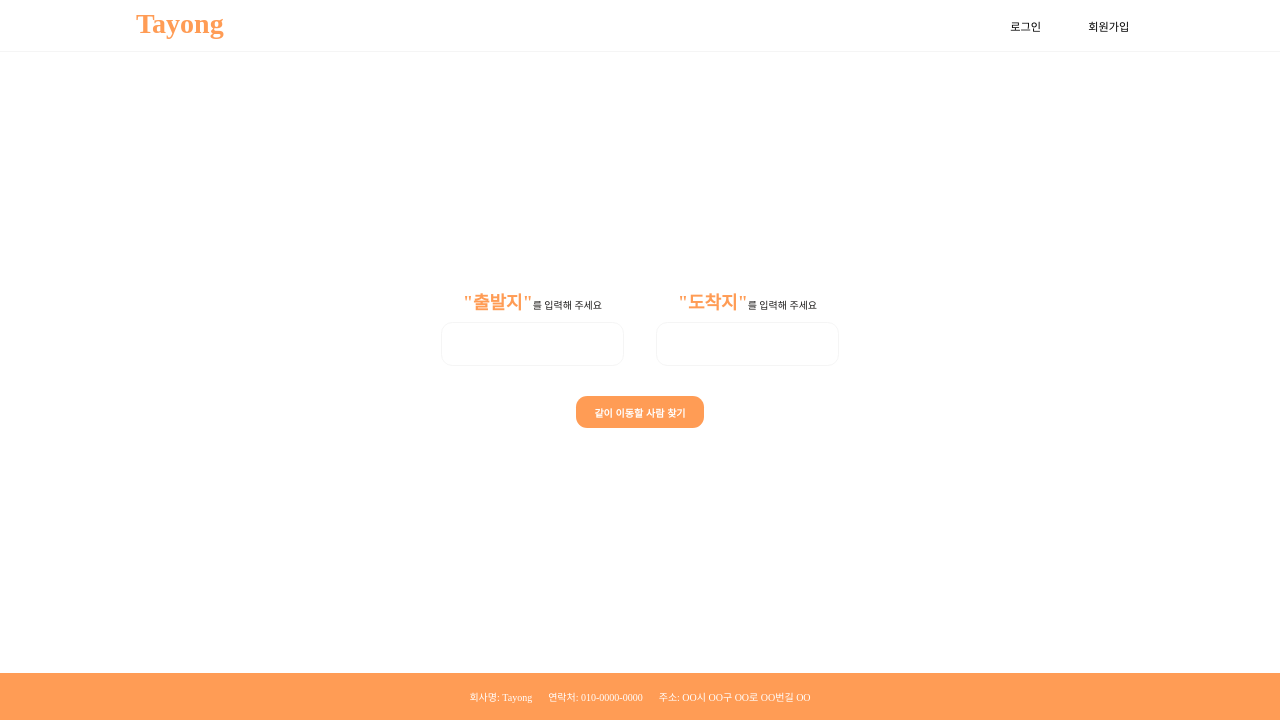
Repository: YEOMJINSEOP/playground
Page: / (app in tayong/)
An editor plug-in stored every save of this project. The page is shown before and after the next save, followed by the edit.
The browser window is 1280 px wide. The pictures show the whole page.
The project was rebuilt for these pictures with package versions that can differ from the ones it lists, and the page was loaded fresh each time.

Above is the page before, as saved 2022-10-28 14:36:06.

### tayong/src/App.js
import styles from './App.module.css';
import Header from './components/header/header';
import Footer from './components/footer/footer';
import LocationSelector from './components/locationSelector/locationSelector';

function App() {
  return (
    <>
    <Header/>
    <LocationSelector/>
    <Footer/>
    </>
  );
}

export default App;

### tayong/src/App.module.css
:root{

  /* color */
  --color-orange: #FF9C55;
  --color-light-grey: #f5f5f5;
  --color-white: #ffffff;
  --color-black: #201F1E;

  /* font size */
  --font-large: 48px;
  --font-medium: 28px;
  --font-regular: 18px;
  --font-small: 16px;
  --font-micro: 10px;

  /* font weight */
  --weight-bold: 700;
  --weight-semi-bold: 600;
  --weight-regular: 400;

 /* border weight */
 --border-weight: 1.5px;

 /* border radius */
 --border-radius: 0.7rem;
}

/* universal setting*/
*{
  margin: 0;
}

button{
  border: none;
  cursor: pointer;
  background-color: transparent;
}

### tayong/src/components/header/header.jsx
import React from 'react';
import styles from './header.module.css';

function Header(props) {
  return (
    <>
      <nav className={styles.navbar}>

        <p className={styles.logo}>Tayong</p>

        <div className={styles.navbarBtn}>
          <button className={styles.btn}>로그인</button>
          <button className={styles.btn}>회원가입</button>
        </div>

      </nav>
    </>
  );
}

export default Header;

### tayong/src/components/footer/footer.jsx
import React from 'react';
import styles from './footer.module.css';

function Footer(props) {
  return (
    <>
     <footer className={styles.footer}>
      <p className={styles.name}>회사명: Tayong</p>
      <p className={styles.phone}>연락처: 010-0000-0000</p>
      <p className={styles.address}>주소: OO시 OO구 OO로 OO번길 OO</p>
     </footer>
    </>
  );
}

export default Footer;

### tayong/src/components/locationSelector/locationSelector.jsx
import React, { useState } from 'react';
import styles from './locationSelector.module.css';

function LocationSelector(props) {
  const [departure, setDeparture] = useState('');
  const [arrival, setArrival] = useState('');
  const handleSubmit = (e) => {
    e.preventDefault();
  }
  return (
    <form onSubmit = {handleSubmit} className={styles.locationSelector}>
      <div className={styles.location}>
        <div className={styles.departure}>
          <div className={styles.info}><span>"출발지"</span>를 입력해 주세요</div>
          <label htmlFor='departure'></label>
            <input
              type="text"
              id='departure'
              name='departure'
              value = {departure}
              onChange = {
                (e) => {
                  setDeparture(e.target.value);
                }
              }
          />
        </div>
        <div className={styles.arrival}>
            <div className={styles.info}><span>"도착지"</span>를 입력해 주세요</div>
            <label htmlFor='arrival'></label>
            <input
            id='arrival'
            name='arrival'
            value={arrival}
            type="text"
            onChange={
              (e) => {
                setArrival(e.target.value);
              }
            } />
        </div>
      </div>
        <button className={styles.submitBtn}>같이 이동할 사람 찾기</button>
    </form>
  );
}

export default LocationSelector;

### tayong/src/components/header/header.module.css
@import '../../App.module.css';

button{
  width: 4rem;
  font-size: 0.7rem;
}

.navbar{
  width: 100%;
  padding: 0.5rem;

  position: fixed;

  background-color: var(--color-white);
  border-bottom: var(--border-weight) solid var(--color-light-grey);

  display: flex;
  justify-content: space-between;
}

.logo{
  font-size: var(--font-medium);
  font-weight: bold;
  color: var(--color-orange);
  padding-left: 8rem;
  margin-bottom: 0.2rem;
  cursor: pointer;
}

.navbarBtn{
  display: flex;
  flex-direction: row;
  align-items: center;
  padding-right: 8rem;
}

.btn{
  margin-right: 1.2rem;
  height: 1.2rem;
  padding: 0;
  cursor: pointer;
}

### tayong/src/components/footer/footer.module.css
@import '../../App.module.css';

.footer{
  width: 100%;
  padding: 1rem;

  position: fixed;
  bottom: 0;

  background-color: var(--color-orange);
  color: var(--color-white);

  display: flex;
  flex-direction: row;
  justify-content: center;
  font-size: var(--font-micro)
}

p{
  padding-left: 1rem;
}

.address{
  margin-right: 3rem;
}

### tayong/src/components/locationSelector/locationSelector.module.css
@import '../../App.module.css';

.locationSelector{
  position: fixed;

  width: 100%;
  margin: auto;
  top: 40%;

  display: flex;
  flex-direction: column;
  align-items: center;
}

.location{
  display: flex;
  flex-direction: row;
  justify-content: space-around;
  margin-bottom: 30px;
}

.departure, .arrival{
  margin: 0 1rem;
}

input{
  height: 40px;
  border: var(--border-weight) solid var(--color-light-grey) ;
  border-radius: 0.7rem;
}

.info{
  font-size: var(--font-micro);
  color: var(--color-black);
  text-align: center;
  padding-bottom: 0.5rem;
}

span{
  font-size: var(--font-regular);
  font-weight: var(--weight-bold);
  color: var(--color-orange);
}

.submitBtn{
  width: 8rem;
  height: 2rem;
  color: var(--color-white);
  font-size: var(--font-micro);
  font-weight: var(--weight-bold);
  background-color: var(--color-orange);
  border-radius: var(--border-radius) ;
}

Loaded but not shown: tayong/public/index.html (common file); tayong/src/index.js (common file); tayong/src/index.css (common file); tayong/src/reportWebVitals.js (common file)

After the next save:
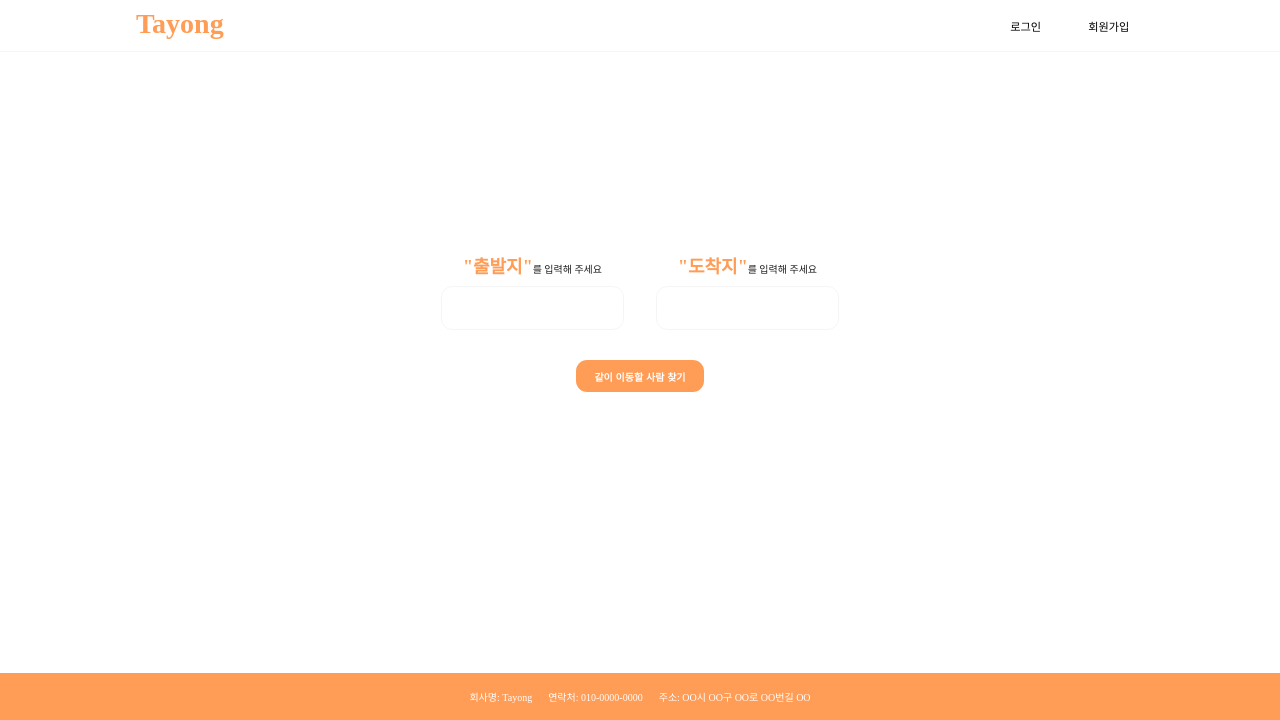
Saved 43 s later.
--- a/tayong/src/components/locationSelector/locationSelector.module.css
+++ b/tayong/src/components/locationSelector/locationSelector.module.css
@@ -5,7 +5,7 @@
 
   width: 100%;
   margin: auto;
-  top: 40%;
+  top: 35%;
 
   display: flex;
   flex-direction: column;
